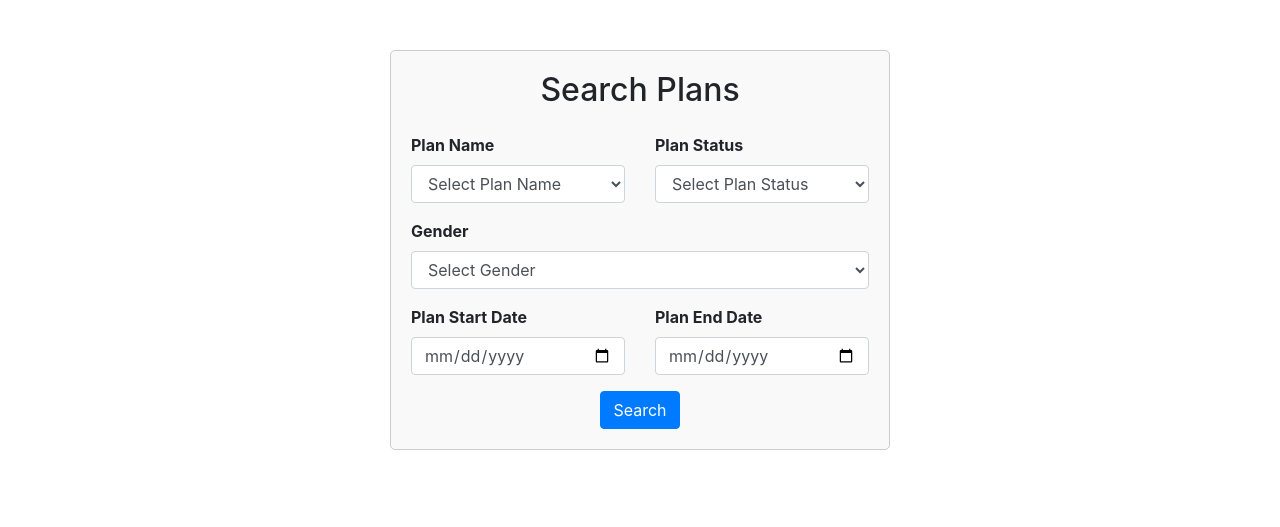
Repository: Pramodhivrale/JRTP
Page: http://localhost/index
The author's editor kept a copy of each file at every save. The page is drawn from the files as they stood at one save, then again after the next save.
The browser window is 1280 px wide. The pictures show the whole page.
The page is this project's Thymeleaf template; nobody is signed in. The template is opened directly, without the code that normally fills it, so the values that code supplies are empty.

Above is the page before, as saved 2024-05-13 09:40:38.

After the next save:
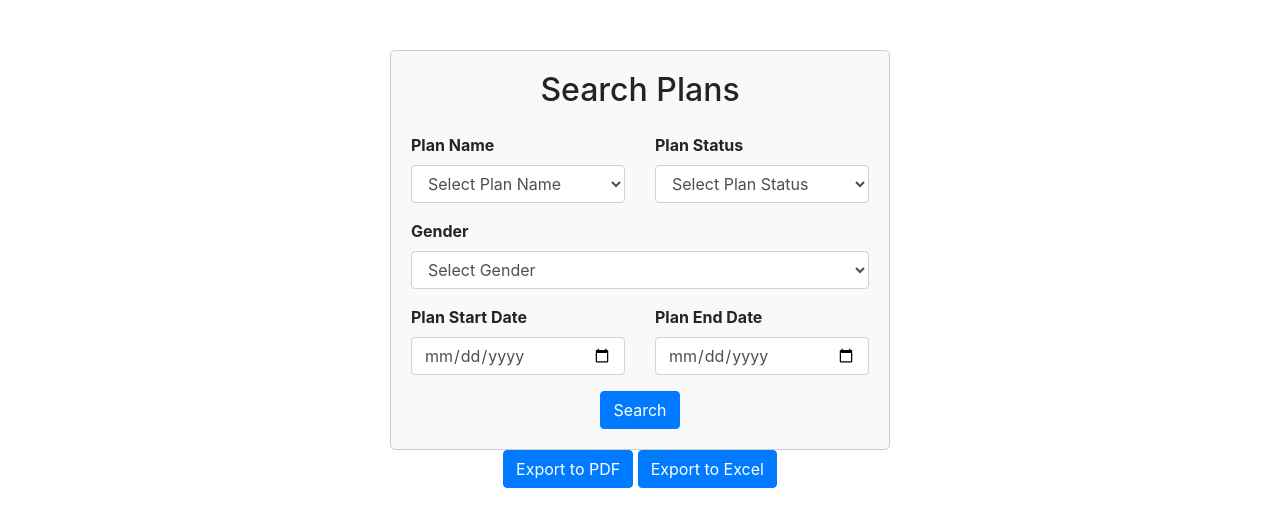
Saved 3 min 32 s later.
--- a/Inseurence-Report-Genration/src/main/resources/templates/index.html
+++ b/Inseurence-Report-Genration/src/main/resources/templates/index.html
@@ -113,6 +113,10 @@
         </tr>
         </tbody>
     </table>
+    <div class="text-center">
+    <a href="#" class="btn btn-primary" onclick="exportToPDF()">Export to PDF</a>
+    <a href="#" class="btn btn-primary" onclick="exportToExcel()">Export to Excel</a>
+    </div>
 </div>
 <!-- Bootstrap JS (Optional) - You can remove if not needed -->
 <script th:src="@{https://ajax.googleapis.com/ajax/libs/jquery/3.5.1/jquery.min.js}"></script>
